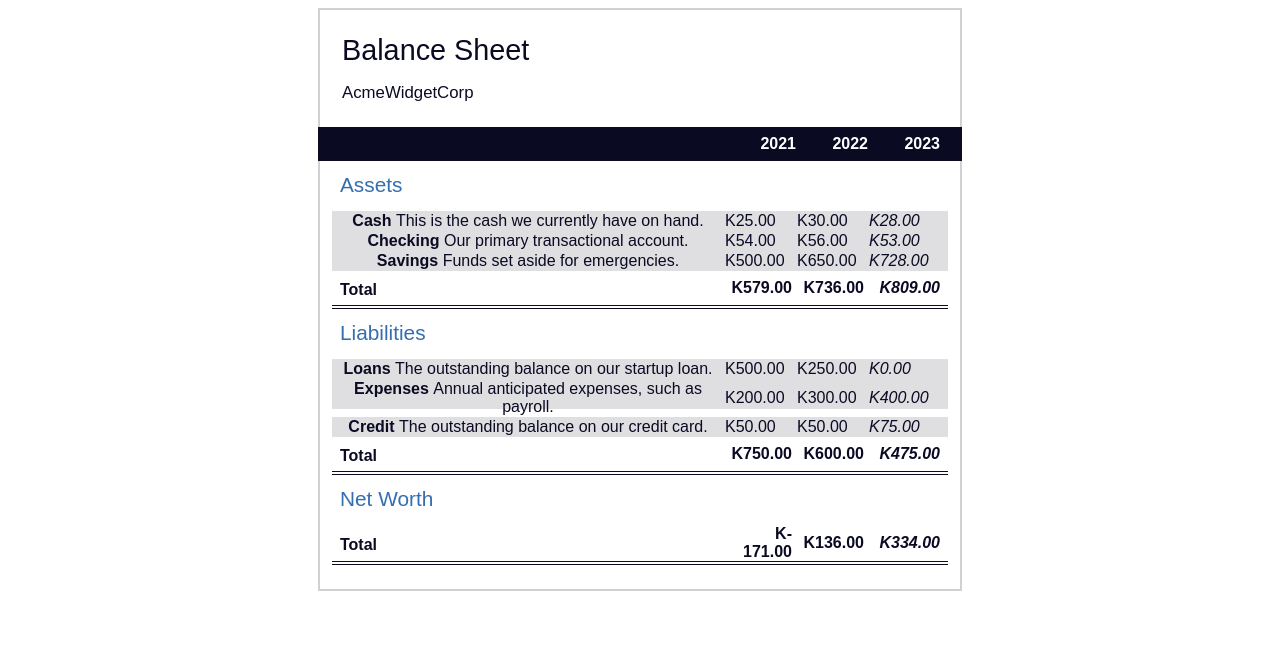
Repository: Lungdjos/balance_shee
Page: index.html
An editor plug-in stored every save of this project. The page is shown before and after the next save, followed by the edit.
The browser window is 1280 px wide. The pictures show the whole page.

Above is the page before, as saved 2023-11-04 23:29:44.

After the next save:
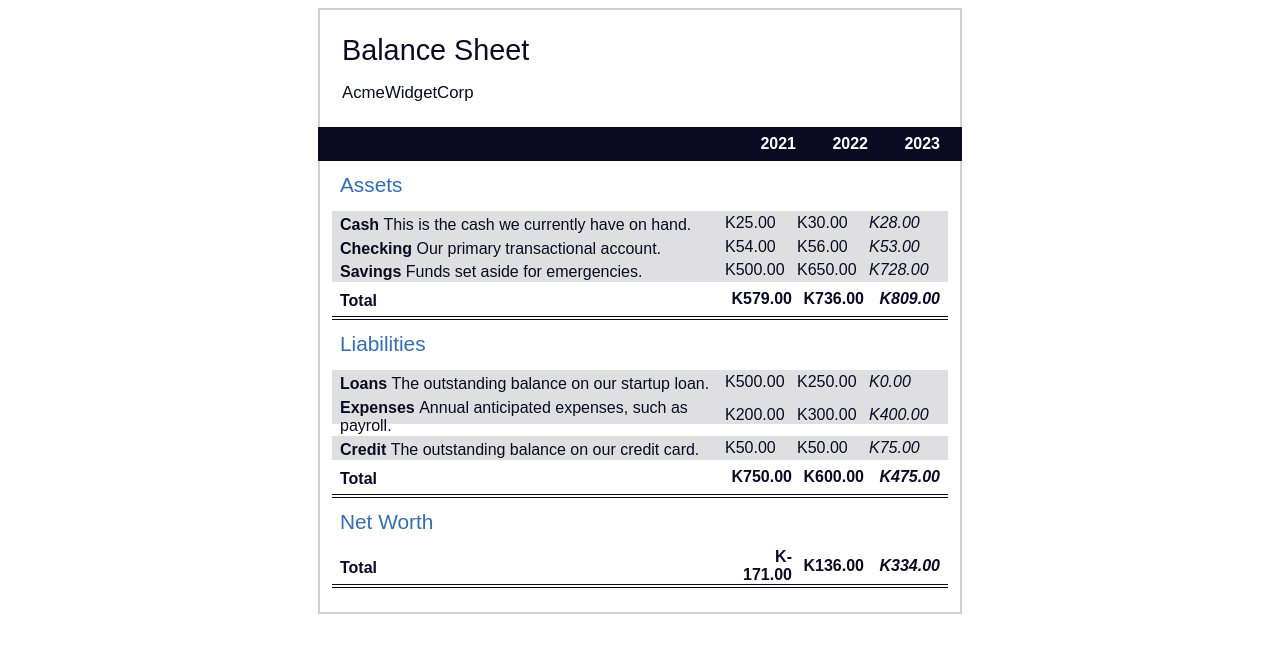
Saved 98 s later.
--- a/styles.css
+++ b/styles.css
@@ -133,3 +133,9 @@
     tr[class="data"] {
         background: linear-gradient(to bottom, #dfdfe2 1.845rem, white 1.845rem);
     }
+
+    tr.data th {
+        text-align: left;
+        padding-top: .3rem;
+        padding-left: .5rem;
+    }
